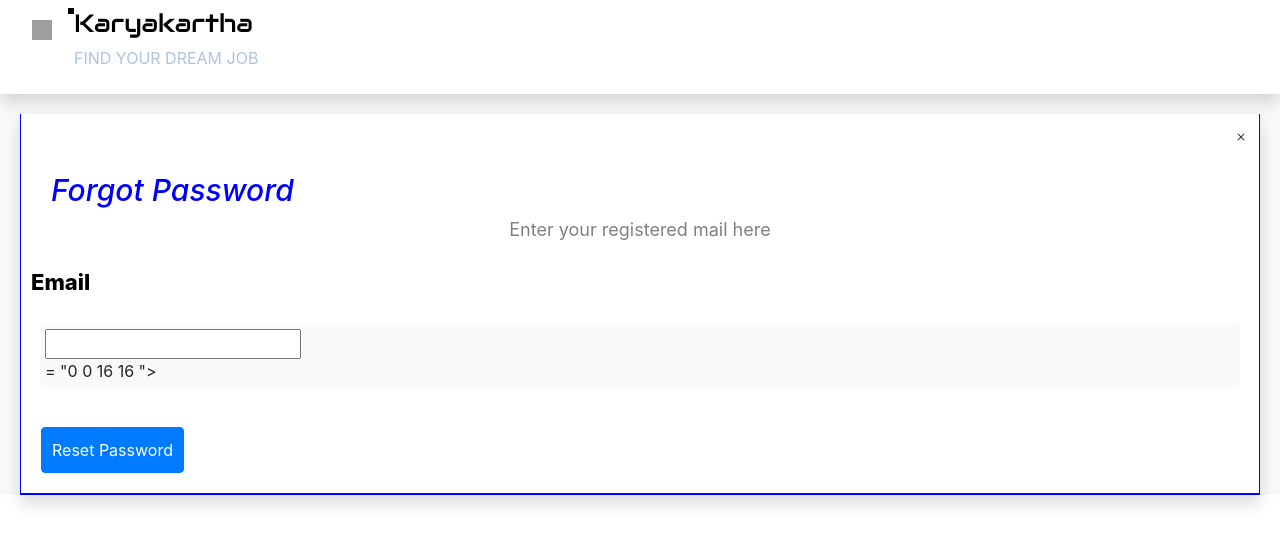
Repository: siri548/Karyakartha
Page: forgotPage.html
An editor plug-in stored every save of this project. The page is shown before and after the next save, followed by the edit.
The browser window is 1280 px wide. The pictures show the whole page.
Pictures or frames that could not be fetched are drawn as grey boxes.

Above is the page before, as saved 2023-11-04 18:07:34.
Console error (its wording comes from the project's code and is left out).

### forgotPage.html
<!DOCTYPE html>
<html lang="en">

<head>
    <meta charset="UTF-8">
    <meta name="viewport" content="width=device-width, initial-scale=1.0">
    <link rel="stylesheet" href="https://cdn.jsdelivr.net/npm/bootstrap@4.6.2/dist/css/bootstrap.min.css">
    <link rel="stylesheet" href="https://cdnjs.cloudflare.com/ajax/libs/font-awesome/6.4.0/css/all.min.css">

    <script src="https://cdn.jsdelivr.net/npm/bootstrap@4.6.2/dist/js/bootstrap.bundle.min.js" integrity="sha384-Fy6S3B9q64WdZWQUiU+q4/2Lc9npb8tCaSX9FK7E8HnRr0Jz8D6OP9dO5Vg3Q9ct" crossorigin="anonymous"></script>
    <script src="https://cdn.jsdelivr.net/npm/jquery@3.5.1/dist/jquery.slim.min.js" integrity="sha384-DfXdz2htPH0lsSSs5nCTpuj/zy4C+OGpamoFVy38MVBnE+IbbVYUew+OrCXaRkfj" crossorigin="anonymous"></script>
    <script src="https://cdn.jsdelivr.net/npm/popper.js@1.16.1/dist/umd/popper.min.js" integrity="sha384-9/reFTGAW83EW2RDu2S0VKaIzap3H66lZH81PoYlFhbGU+6BZp6G7niu735Sk7lN" crossorigin="anonymous"></script>

    <link rel="stylesheet" href="https://fonts.googleapis.com/css?family=Audiowide">

    <link rel="stylesheet" text="css/text" href="forgotPage.css">
</head>

<body>
    <div class="bg-forgotPage bg-light">
        <nav class="navbar navbar-expand-lg navbar-light bg-white shadow">
            <div class="d-flex flex-row justify-content-between">
                <div>
                    <a class=" navbar-brand " href="# ">

                        <svg xmlns="http://www.w3.org/2000/svg" width="16" height="16" fill="currentColor" class="bi bi-search" viewBox="0 0 16 16"><img src="D:\icons\trend.png " class="inner-icon" />
<path  d        = "M11.742 10.344a6.5 6.5 0 1 0-1.397 1.398h-.001c.03.04.062.078.098.115l3.85 3.85a1 1 0 0 0 1.415-1.414l-3.85-3.85a1.007 1.007 0 0 0-.115-.1zM12 6.5a5.5 5.5 0 1 1-11 0 5.5 5.5 0 0 1 11 0z"/>
</svg>

                    </a>
                </div>
                <div class="forgotPage-verticlelineBrandname">
                </div>
                <div>
                    <h1 class="karykartaname">Karyakartha </h1>
                    <p class="karyakartha-tagline">FIND YOUR DREAM JOB</p>
                </div>
            </div> <button class=" navbar-toggler " type="button " data-toggle="collapse " data-target="#navbarNavAltMarkup " aria-controls="navbarNavAltMarkup " aria-expanded="false " aria-label="Toggle navigation ">
                    <span class="navbar-toggler-icon "></span>
                    </button>
            <div class="collapse navbar-collapse " id="navbarNavAltMarkup ">
                <div class="navbar-nav ml-auto ">
                    <a class="nav-link active " href="# ">
                        <span class="sr-only "></span>
                    </a>
                    <a class="nav-link " href="# "></a>
                    <a class="nav-link " href="# "></a>
                    <a class="nav-link " href="# "></a>
                </div>
            </div>
        </nav>
        <div class="forgotPage-card shadow">
            <div class="text-right ">
                <svg xmlns="http://www.w3.org/2000/svg" width="16" height="16" fill="currentColor" class="bi bi-x" viewBox="0 0 16 16">
<path d     = "M4.646 4.646a.5.5 0 0 1 .708 0L8 7.293l2.646-2.647a.5.5 0 0 1 .708.708L8.707 8l2.647 2.646a.5.5 0 0 1-.708.708L8 8.707l-2.646 2.647a.5.5 0 0 1-.708-.708L7.293 8 4.646 5.354a.5.5 0 0 1 0-.708z"/>
</svg>

                <i class="forgotPage-closeIcon bi bi-x"></i>
            </div>

            <h1 class="forgotHeading ">Forgot Password</h1>
            <div class="text-center">
                <p class="forgotPage-para">Enter your registered mail here</p>
            </div>
            <div>
                <h1 class="forgotPage-emailHeading ">Email</h1>
            </div>
            <div   class  = "forgotPage-inputContainer ">
            <input type   = "text" paceholder = " enter your mail.. ">
            <div   cla ss = e xt-rgt "> = "0 0 16 16 ">


            </div>
        </div>
        <button class="btn btn-primary forgotPage-resetButton ">Reset Password</button>

    </div>
    </div>
</body>

</html>

</html>

### forgotPage.css
.bg-forgotpage {
    background-color: lightgrey;
}

.outer-icon {
    color: blue;
    width: 20px;
    height: 20px;
    background-size: cover;
}

.inner-icon {
    color: blue;
    font-size: 20px;
    width: 20px;
    height: 20px;
}

.forgotPage-verticlelineBrandname {
    width: 1px;
    height: 100%;
    background-color: black;
    padding: 3px;
}

.karykartaname {
    font-size: 25px;
    color: black;
    font-family: "Audiowide", sans-serif;
}

.forgotPage-card {
    background-color: white;
    border-color: blue;
    border-top: 0px;
    border-right: 1px solid blue;
    border-left: 1px solid blue;
    border-bottom: 2px solid blue;
    margin: 20px;
}

.forgotPage-closeIcon {
    color: black;
    font-size: 25px;
    padding-right: 10px;
}

.forgotHeading {
    color: blue;
    font-size: 30px;
    padding-left: 30px;
    padding-top: 20px;
    font-style: italic;
}

.karyakartha-tagline {
    color: lightsteelblue;
    font-size: 16px;
}

.forgotPage-para {
    color: grey;
    font-size: 18px;
}

.forgotPage-emailHeading {
    color: black;
    font-weight: 800;
    font-size: 22px;
    padding: 10px;
}

.forgotPage-envelopeIcon {
    color: rgb(29, 20, 20);
    font-size: 18px;
}

.forgotPage-inputContainer {
    background-color: rgb(250, 248, 248);
    padding: 4px;
    margin: 20px;
}

.forgotPage-input {
    background-color: rgb(250, 248, 248);
    border-width: 0px;
}

.forgotPage-resetButton {
    padding: 10px;
    text-align: center;
    margin: 20px;
    width: fit-content;
}

After the next save:
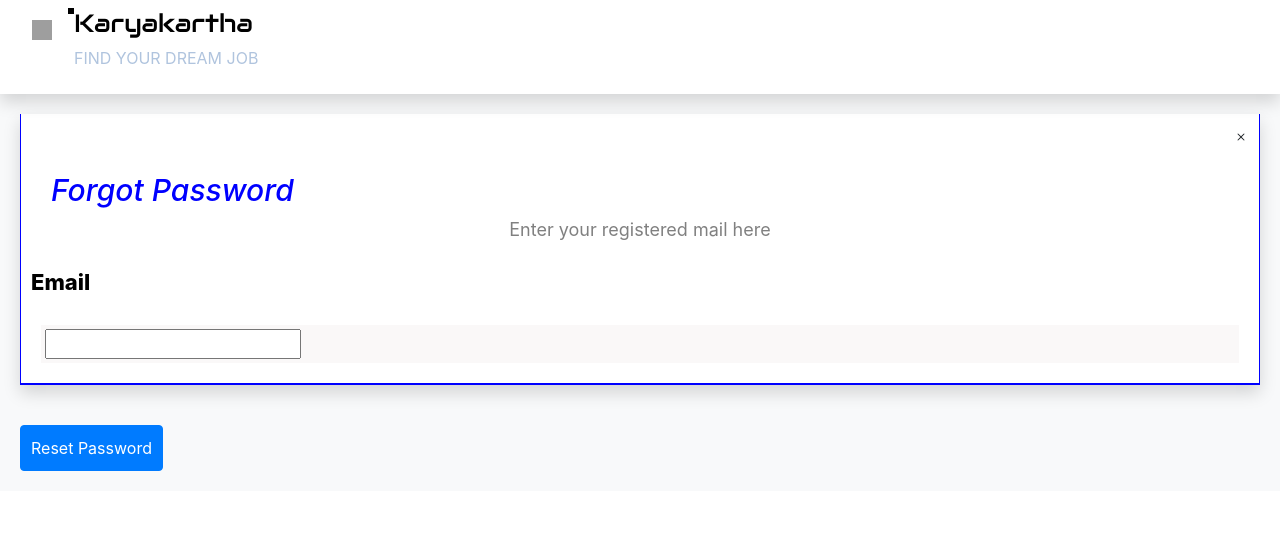
Saved 5 s later.
--- a/forgotPage.html
+++ b/forgotPage.html
@@ -65,9 +65,9 @@
             <div>
                 <h1 class="forgotPage-emailHeading ">Email</h1>
             </div>
-            <div   class  = "forgotPage-inputContainer ">
-            <input type   = "text" paceholder = " enter your mail.. ">
-            <div   cla ss = e xt-rgt "> = "0 0 16 16 ">
+            <div class="forgotPage-inputContainer ">
+                <input type="text" paceholder=" enter your mail.. ">
+
 
 
             </div>
